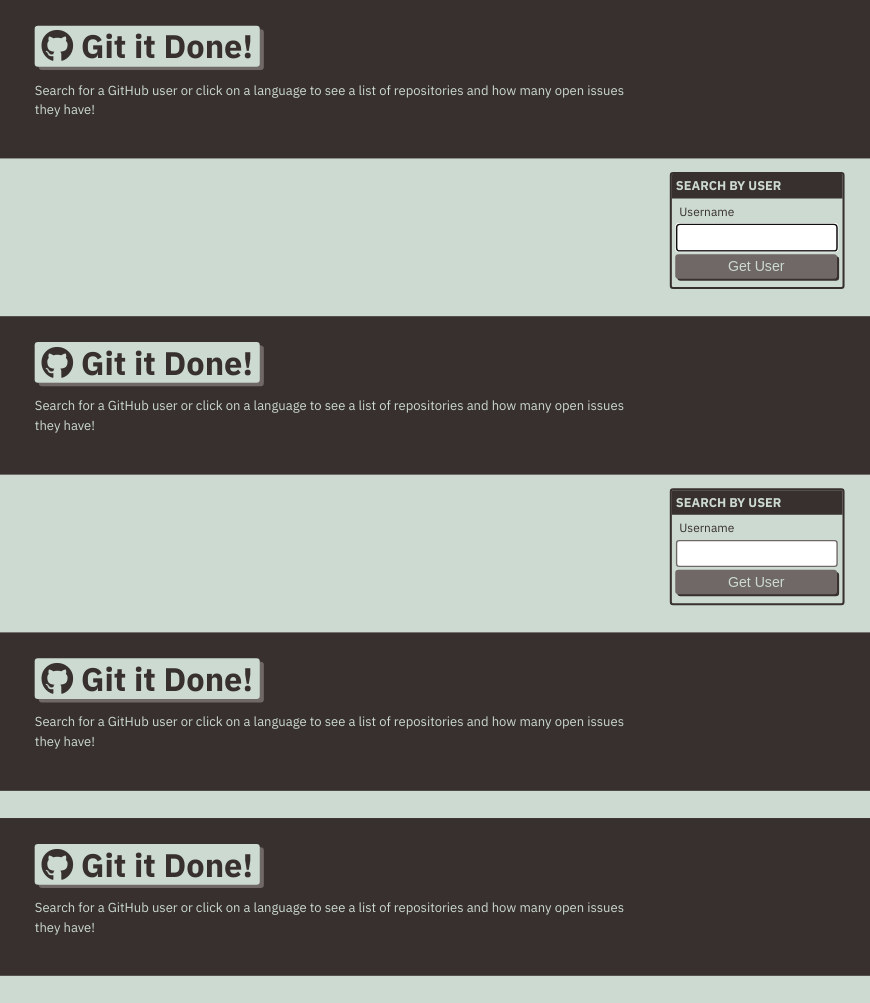
Repository: stuart-rickard/git-it-done
Page: index.html
The author's editor kept a copy of each file at every save. The page is drawn from the files as they stood at one save, then again after the next save.
The browser window is 1280 px wide. The pictures show the whole page, at 68% of full size.
The page's requests for data from a server got no answer. Some web libraries are served in a nearby version.

Above is the page before, as saved 2021-12-01 22:11:03.

After the next save:
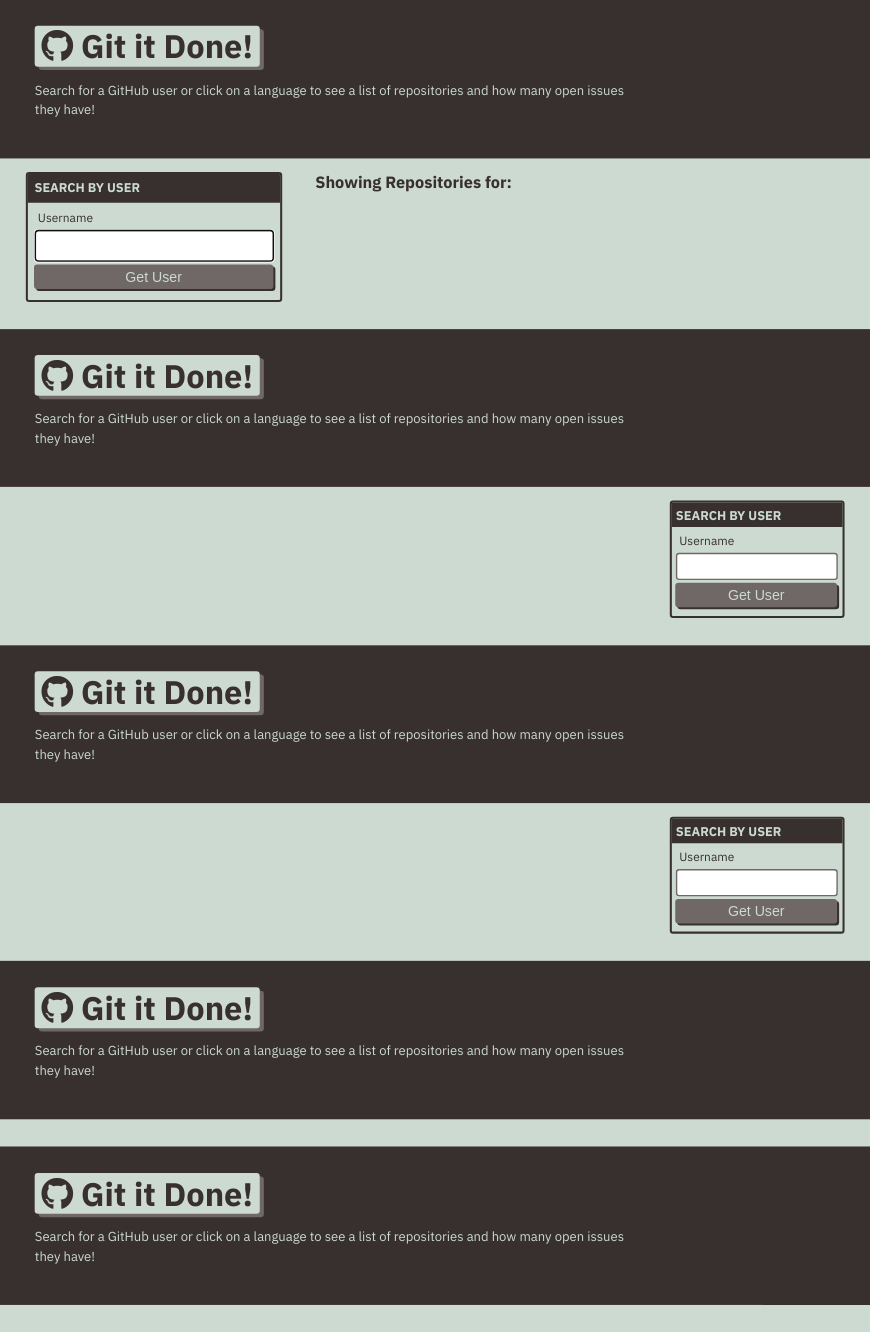
Saved 2 min 38 s later.
--- a/index.html
+++ b/index.html
@@ -1,3 +1,44 @@
+<!DOCTYPE html>
+<html lang="en">
+
+<head>
+  <meta charset="UTF-8">
+  <meta name="viewport" content="width=device-width, initial-scale=1.0">
+  <meta http-equiv="X-UA-Compatible" content="ie=edge">
+  <link href="https://fonts.googleapis.com/css?family=IBM+Plex+Sans:400,400i,700&display=swap" rel="stylesheet">
+  <link rel="stylesheet" href="https://cdnjs.cloudflare.com/ajax/libs/font-awesome/5.11.2/css/all.min.css">
+  <link rel="stylesheet" href="./assets/css/style.css" />
+  <title>Git it Done</title>
+</head>
+
+<body class="flex-column min-100-vh">
+  <header class="hero">
+    <h1 class="app-title"><i class="fab fa-github"></i> Git it Done!</h1>
+    <p>Search for a GitHub user or click on a language to see a list of repositories and how many open issues they have!
+    </p>
+  </header>
+
+
+  <main class="flex-row justify-space-between">
+    <div class="col-12 col-md-4">
+      <div class="card">
+        <h3 class="card-header text-uppercase">Search By User</h3>
+        <form id="user-form" class="card-body">
+          <label class="form-label" for="username">Username</label>
+          <input name="username" id="username" type="text" autofocus="true" class="form-input" />
+          <button type="submit" class="btn">Get User</button>
+        </form>
+      </div>
+    </div>
+    <div class="col-12 col-md-8">
+      <h2 class="subtitle">Showing Repositories for: <span id="repo-search-term"></span></h2>
+      <div id="repos-container" class="list-group"></div>
+    </div>
+  </main>
+  <script src="./assets/js/homepage.js"></script>
+</body>
+
+</html>
 <!DOCTYPE html>
 <html lang="en">
 
